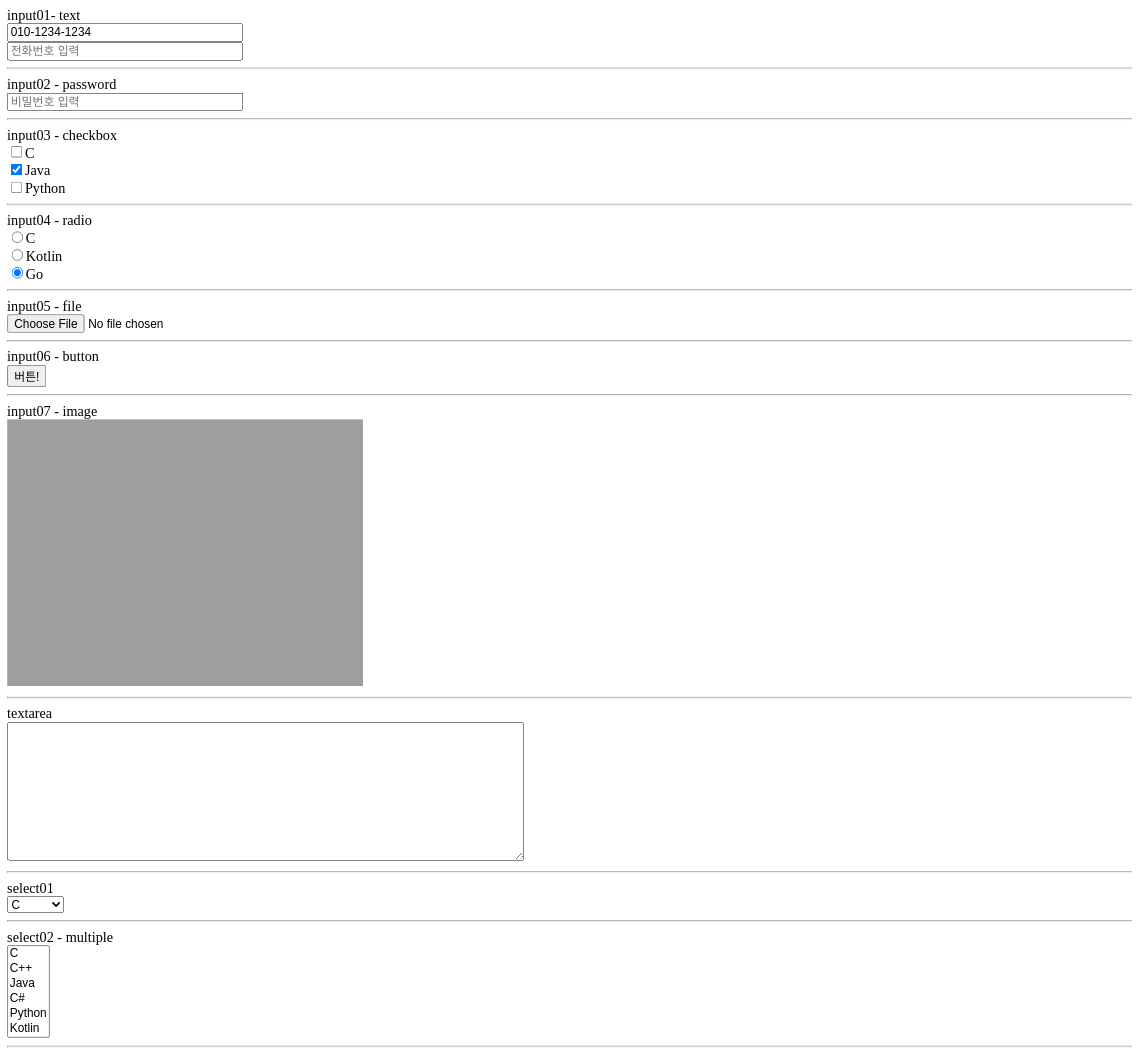
Repository: jjb5442/JSP
Page: 3Day/workspace/02_HTML_tutorial/src/main/webapp/08_Tutorial.html
The author's editor kept a copy of each file at every save. The page is drawn from the files as they stood at one save, then again after the next save.
The browser window is 1280 px wide. The pictures show the whole page, at 89% of full size.
Pictures or frames that could not be fetched are drawn as grey boxes.

Above is the page before, as saved 2022-05-14 03:41:03.

### 3Day/workspace/02_HTML_tutorial/src/main/webapp/08_Tutorial.html
<!DOCTYPE html>
<html>
<head>
<meta charset="UTF-8">
<title>Insert title here</title>
</head>
<body>
	input01- text<br>
	<!-- type : input태그가 받을 정보의 타입을 설정 -->
	<!-- text : 문자 -->
	<!-- size : input태그의 너비를 설정 -->
	<!-- maxlength : input태그 최대 입력 글자 수 -->
	<!-- value : 초기값 지정-->
	<input type="text" size="30" maxlength="20" value="010-1234-1234"><br/>
	<!-- placeholder : input태그에 입력할 데이터에 대한 힌트를 출력 -->
	<input type="text" size="30" maxlength="20" placeholder="전화번호 입력"><br/>
	<hr/>

	input02 - password<br/>
	<!-- password : 비밀번호 입력 타입 -->
	<input type="password" size="30" maxlength="20" placeholder="비밀번호 입력"><br/>
	<hr/>

	<!-- checkbox : 항목을 선택하는 타입 -->
	input03 - checkbox<br/>
	<input type="checkbox" value="C">C<br/>
	<!-- checked : 기본값이 체크가 활성화된 상태로 지정 -->
	<input type="checkbox" value="Java" checked>Java<br/>
	<input type="checkbox" value="Python">Python<br/>
	<hr/>

	<!-- radio : 여러 항목중 하나만 선택이 가능한 타입 여러 항목을 하나의 name으로 통일 해주어야 한다. -->
	<!-- name : 그룹을 통일할 때 사용하는 속성 -->
	input04 - radio<br/>
	<input type="radio" name="language" value="C++">C<br/>
	<input type="radio" name="language" value="Kotlin">Kotlin<br/>
	<input type="radio" name="language" value="Go" checked>Go<br/>
	<hr/>

	<!-- file : 파일을 브라우저에 업로드 할때 사용하는 타입 -->
	input05 - file<br/>
	<input type="file">
	<hr/>

	<!-- button : input 태그를 버튼 타입으로 수정 -->
	input06 - button<br/>
	<input type="button" value="버튼!"><br/>
	<hr/>

	<!-- image : input태그를 이미지 타입으로 수정 -->
	input07 - image<br/>
	<input type="image" src="resource/images/고양이2.gif"><br/>
	<hr/>

	<!-- textarea : 영역을 지정하여 그 안에 글을 쓸 수 있는 태그 -->
	<!-- rows : 행 수 지정 -->
	<!-- cols : 열 수 지정 -->
	textarea<br/>
	<textarea rows="10" cols="70"></textarea>
	<hr/>

	<!-- select : 여러 항목중 선택하는 태그 -->
	select01<br>
	<select>
		<option value="C">C</option>
		<option value="C++">C++</option>
		<option value="Java">Java</option>
		<option value="C#">C#</option>
		<option value="Python">Python</option>
		<option value="Kotlin">Kotlin</option>
	</select>
	<hr/>


	select02 - multiple<br>
	<select multiple size="6">
		<option value="C">C</option>
		<option value="C++">C++</option>
		<option value="Java">Java</option>
		<option value="C#">C#</option>
		<option value="Python">Python</option>
		<option value="Kotlin">Kotlin</option>
	</select>
	<hr/>
</body>
</html>

After the next save:
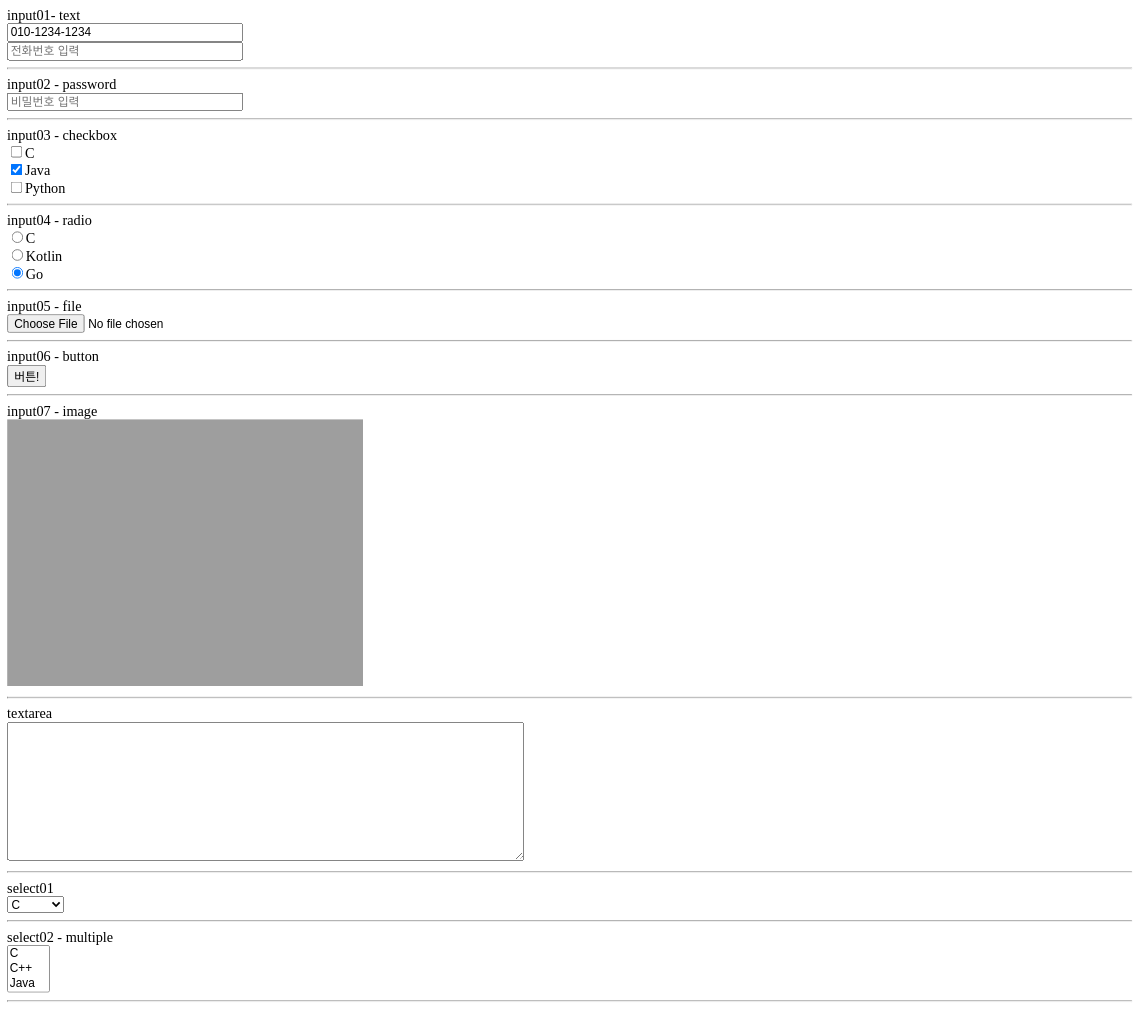
Saved 33 s later.
--- a/3Day/workspace/02_HTML_tutorial/src/main/webapp/08_Tutorial.html
+++ b/3Day/workspace/02_HTML_tutorial/src/main/webapp/08_Tutorial.html
@@ -73,7 +73,7 @@
 
 
 	select02 - multiple<br>
-	<select multiple size="6">
+	<select multiple size="3">
 		<option value="C">C</option>
 		<option value="C++">C++</option>
 		<option value="Java">Java</option>

After the save that followed:
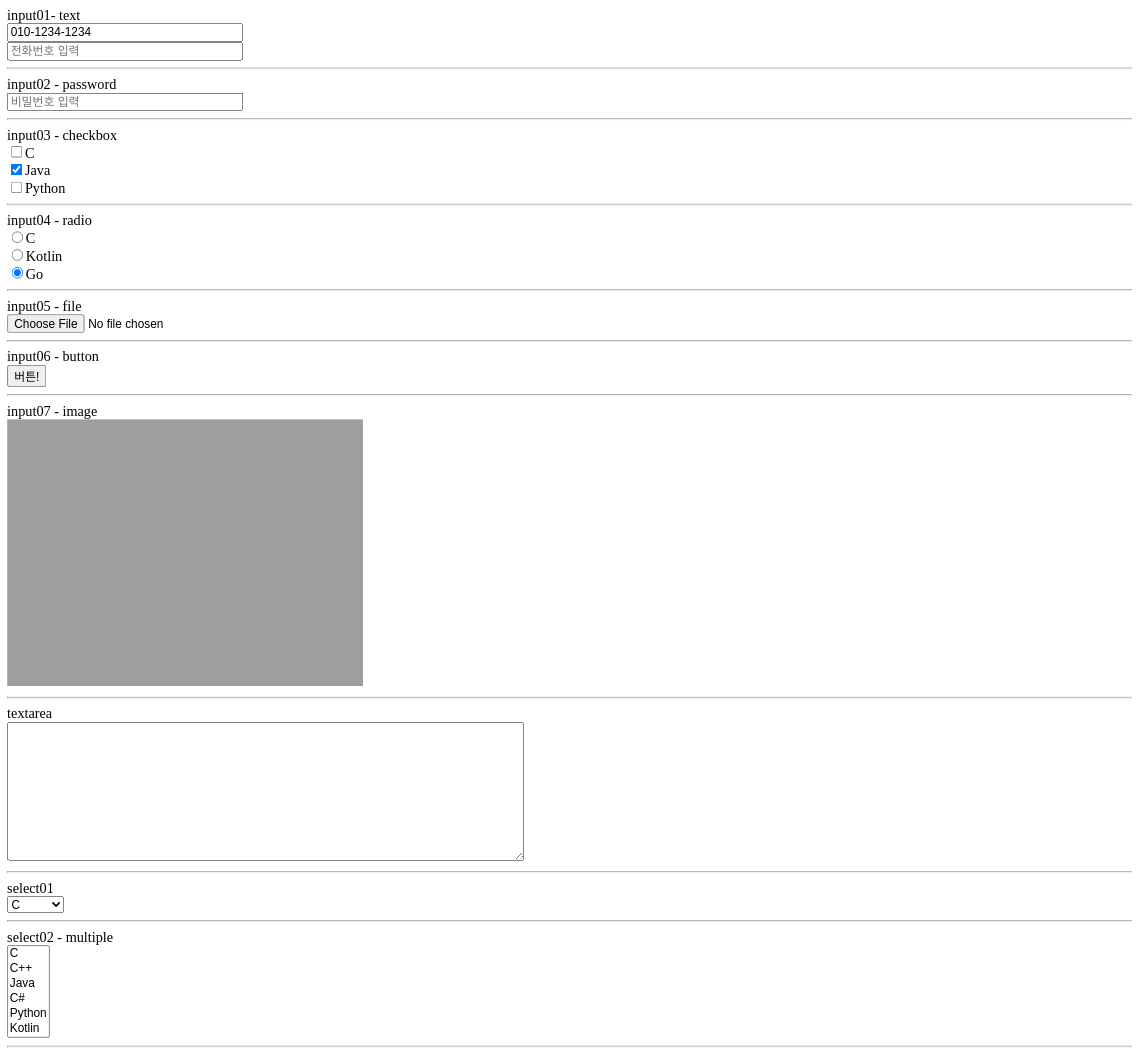
Saved 9 s later.
--- a/3Day/workspace/02_HTML_tutorial/src/main/webapp/08_Tutorial.html
+++ b/3Day/workspace/02_HTML_tutorial/src/main/webapp/08_Tutorial.html
@@ -73,7 +73,7 @@
 
 
 	select02 - multiple<br>
-	<select multiple size="3">
+	<select multiple size="6">
 		<option value="C">C</option>
 		<option value="C++">C++</option>
 		<option value="Java">Java</option>
